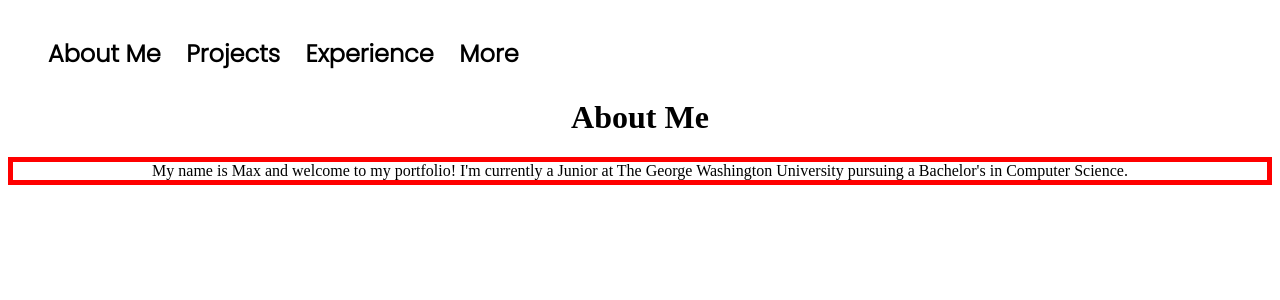
Repository: notMaximilian/maximilianaquino.github.io
Page: about.html
These files come from the project's save history. The page is drawn as it stood at one moment and after the next save; the edit follows.
The browser window is 1280 px wide. The pictures show the whole page.

Above is the page before, as saved 2022-02-10 09:45:10.

### about.html
<!DOCTYPE html>
<html lang="en">

<head>
  <meta charset="UTF-8">
  <meta name="viewport" content="width=device-width, initial-scale=1, user-scaleable=no">
  <title>Max Aquino</title>
  <link rel="preconnect" href="https://fonts.googleapis.com">
  <link rel="preconnect" href="https://fonts.gstatic.com" crossorigin>
  <link href="https://fonts.googleapis.com/css2?family=Poppins:wght@300&display=swap" rel="stylesheet">
  <link rel="stylesheet" href="css/subpage.css">
</head>

<body>


      <div class="mainNav">
        <ul class = "navmenu">
          <li class = "navmenuItems"><h2 id="about">About Me</h2></li>
          <li class = "navmenuItems"><h2 id="projects">Projects</h2></li>
          <li class = "navmenuItems"><h2 id="experience">Experience</h2></li>
          <li class = "navmenuItems"><h2 id="more">More</h2></li>
        </ul>

      <br>
      <br>
      <br>
      <h1>About Me</h1>
      <p>My name is Max and welcome to my portfolio! I'm currently a Junior at
        The George Washington University pursuing a Bachelor's in Computer Science.

      </p>



  <!-- Maximilian Fade in and out -->

  <!-- <script src="js/game.js"></script> -->
</body>

</html>

### css/subpage.css
.corners{
    position: absolute;
    width: 16vw;
}

#cornerL{
    transform: translate(-35vw, 23vh);
}
#cornerR{
    transform: translate(35vw, 23vh);
}

#github{
    position: absolute;
    width: 7vw;
    transform: translate(32vw, 28vh);
}
#twitter{
    position: absolute;
    width: 7vw;
    transform: translate(-32vw, 30vh);
}

ul{
    list-style-type: none;
}
li{
    float: left;
    font-family: "Poppins", sans-serif;
    margin-right: 2vw;
}

h1{
    text-align: center;
    margin-top: 4vh;
}

p{
    text-align: center;
    border: 5px solid red;
}

After the next save:
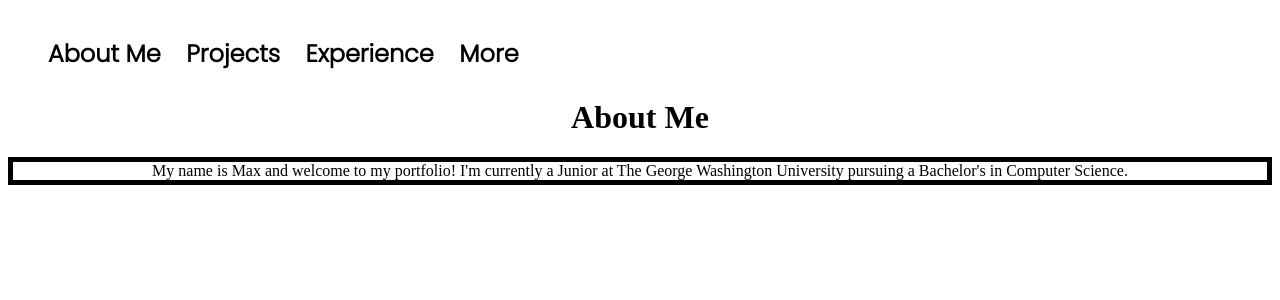
Saved 4 s later.
--- a/css/subpage.css
+++ b/css/subpage.css
@@ -37,5 +37,5 @@ h1{
 
 p{
     text-align: center;
-    border: 5px solid red;
+    border: 5px solid black;
 }
